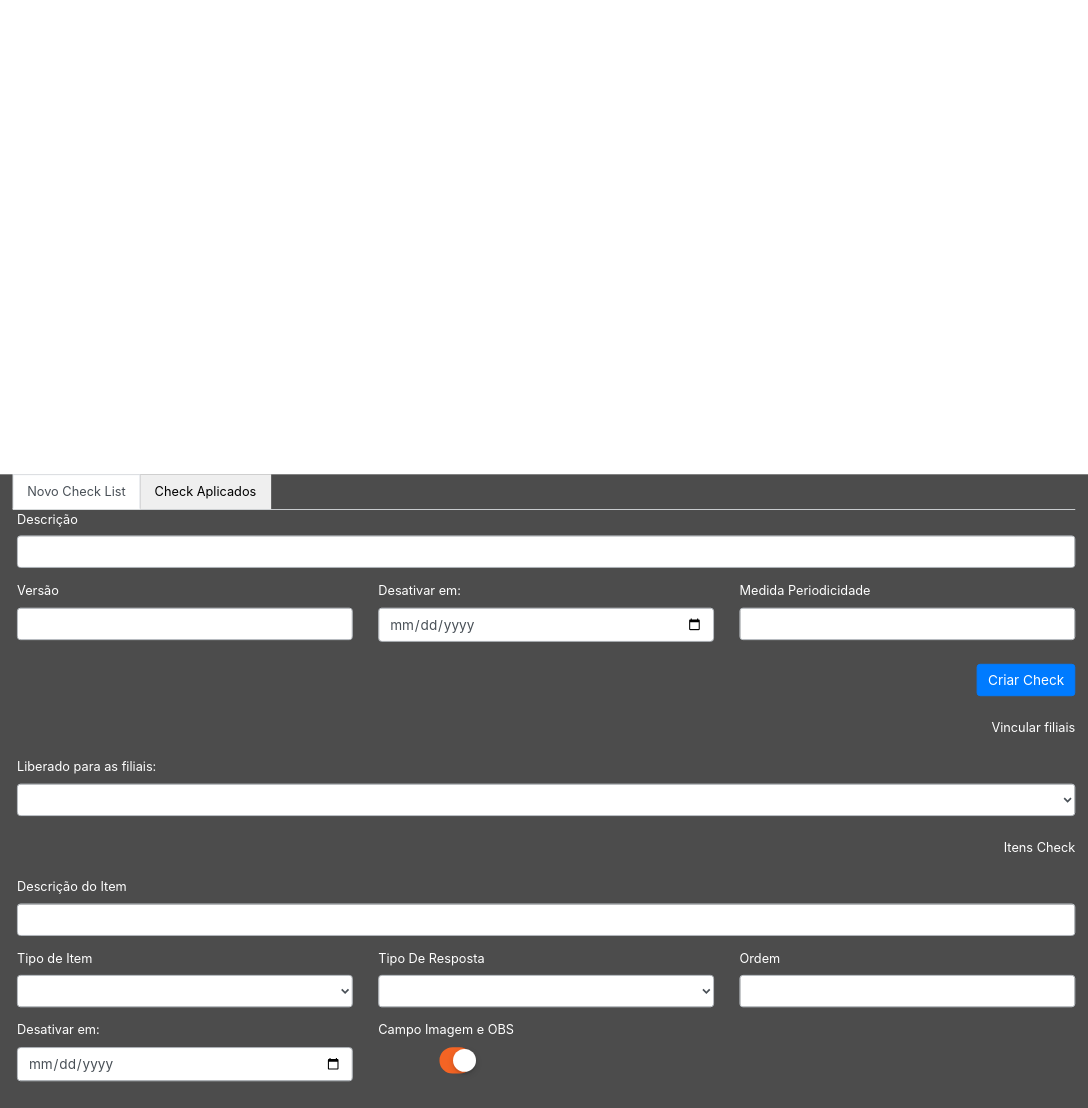
Repository: Conlog-SA/portal_operacional
Page: apps/safety_layout_checklist_app/templates/safety_layout_checklist_app/form_cad_layout_checklist.html
An editor plug-in stored every save of this project. The page is shown before and after the next save, followed by the edit.
The browser window is 1280 px wide. The pictures show the whole page, at 85% of full size.
The template is drawn by Django 3.2. The application's start-up code is not run. The template is opened directly, without the code that normally fills it, so the values that code supplies are empty.

Above is the page before, as saved 2023-11-16 15:47:08.

After the next save:
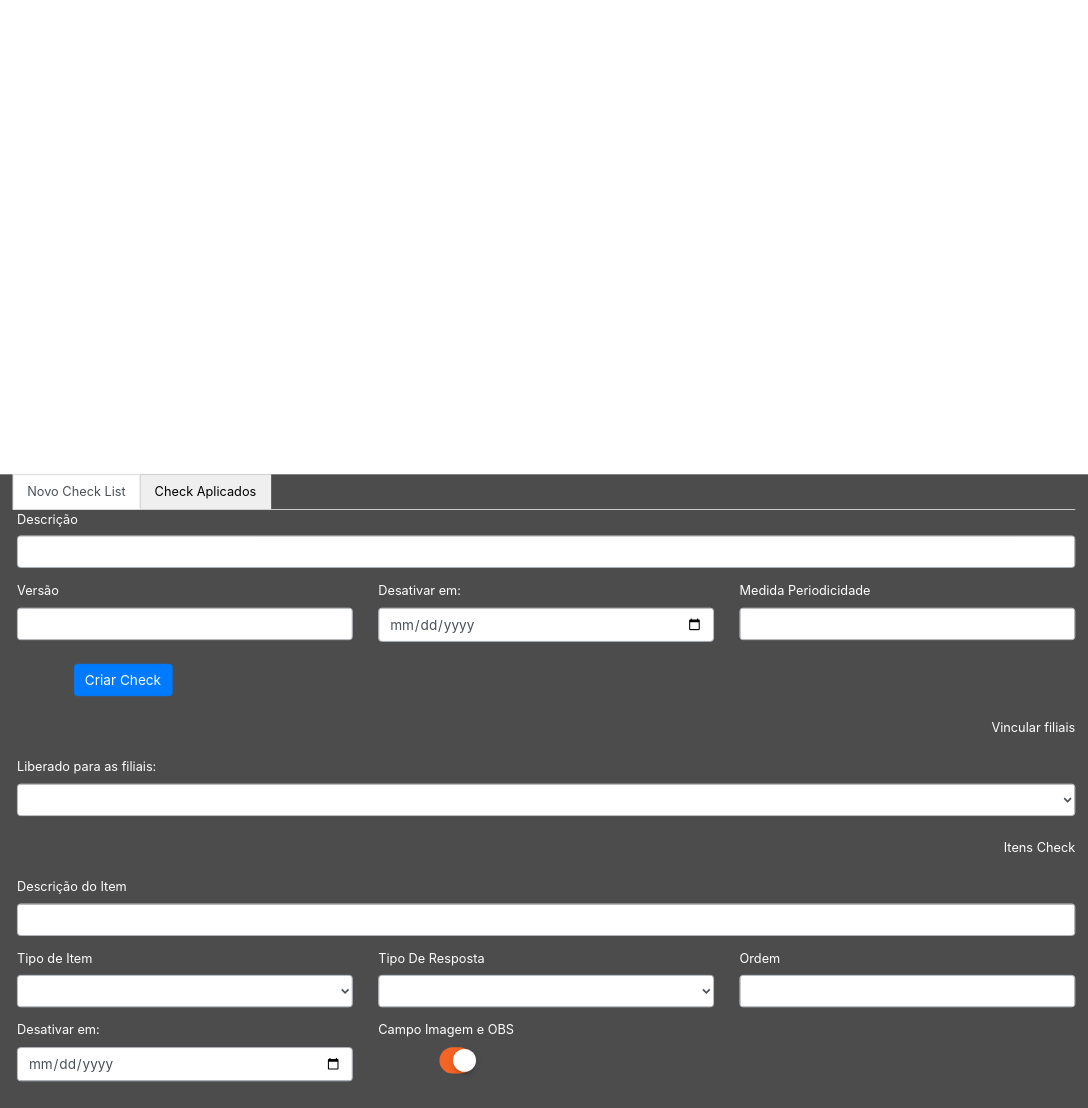
Saved 2 min 47 s later.
--- a/apps/safety_layout_checklist_app/templates/safety_layout_checklist_app/form_cad_layout_checklist.html
+++ b/apps/safety_layout_checklist_app/templates/safety_layout_checklist_app/form_cad_layout_checklist.html
@@ -58,7 +58,7 @@
                                <label for="periodicidade_new_check">Medida Periodicidade</label>
                                <input type="text" class="form-control" id="periodicidade_new_check">
                              </div>
-                             <div class="form-group col-sm-12 d-flex justify-content-end" style="margin-top:10px">
+                             <div class="form-group col-sm-2 d-flex justify-content-end" style="margin-top:10px">
                                 <button type="button" class="btn btn-primary btn-form" id="btn_new_check" name="btn_new_check"> Criar Check</button>
                              </div>
                              <div class="form-group col-sm-12 d-flex justify-content-end" style="margin-top:10px">
